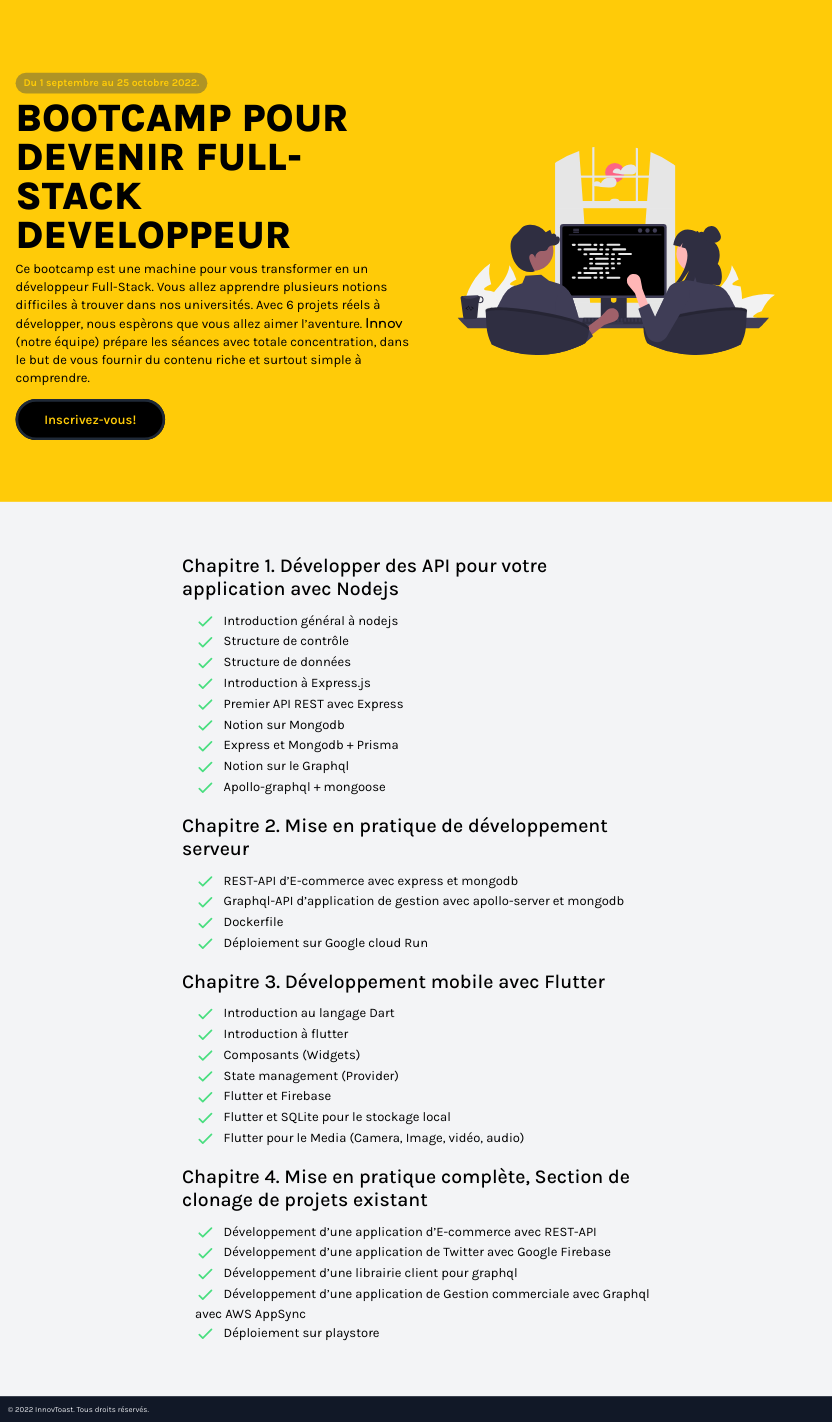
Repository: alfredlwanzo/course
Page: /
The author's editor kept a copy of each file at every save. The page is drawn from the files as they stood at one save, then again after the next save.
The browser window is 1280 px wide. The pictures show the whole page, at 65% of full size.
The project was rebuilt for these pictures with package versions that can differ from the ones it lists, and the page was loaded fresh each time. The framework's server and built-in components were replaced by stand-ins that run in the browser. Also part of the build but not shown: next.config.js.

Above is the page before, as saved 2022-08-08 18:38:36.

### pages/_app.tsx
import '../src/styles/globals.css'
import type { AppProps } from 'next/app'

function MyApp({ Component, pageProps }: AppProps) {
  return <Component {...pageProps} />
}

export default MyApp

### pages/_document.tsx
import NextDocument, { Html, Head, Main, NextScript } from "next/document";

type Props = {};

class MyDocument extends NextDocument<Props> {
  render() {
    return (
      <Html>
        <Head>
          <link rel="manifest" href="/manifest.json" />
          <link rel="apple-touch-icon" href="/icon.png"></link>
          <meta name="theme-color" content="#FFCB08" />
          <link rel="icon" href="/favicon.ico" />
        </Head>
        <body>
          <Main />
          <NextScript />
        </body>
      </Html>
    );
  }
}

export default MyDocument;

### pages/index.tsx
import Footer from '@src/components/Footers/Footer'
import ContentSection from '@src/components/sections/Content'
import HomeSection from '@src/components/sections/Home'
import type { NextPage } from 'next'
import Head from 'next/head'
import Image from 'next/image'


const Home: NextPage = () => {
  return (
    <div className="">
      <Head>
        <title>Innov | Bootcamp pour devenir fullStack developpeur</title>
        <meta name="description" content="Generated by create next app" />
        <link rel="icon" href="/favicon.ico" />
      </Head>

      <main className="">
       <section className="bg-primary pt-28 pb-14 md:pb-28">
        {/* section Home */}
        <HomeSection/>
       </section>

       {/* section content */}
       <section className="py-6 md:py-20">
        <ContentSection/>
       </section>
      </main>

      <Footer/>
    </div>
  )
}

export default Home

### src/styles/globals.css

/* Fonts: Comfortaa & Karla */
@import url('https://fonts.googleapis.com/css2?family=Comfortaa:wght@300;400;500;600;700&display=swap');
@import url('https://fonts.googleapis.com/css2?family=Karla:ital,wght@0,200;0,300;0,400;0,500;0,600;0,700;0,800;1,200;1,300;1,400;1,500;1,600;1,700;1,800&display=swap');

/* tailwind */
@tailwind base;
@tailwind components;
@tailwind utilities;


html,
body {
  padding: 0;
  margin: 0;
  @apply bg-gray-100;
  font-family: 'Karla', sans-serif;
}

a {
  color: inherit;
  text-decoration: none;
}

* {
  box-sizing: border-box;
}

### src/components/Footers/Footer.tsx
import React from 'react'
import Copyright from './Copyright'


const Footer = () => {
  return (
    <div className='bg-gray-900'>
        <Copyright/>
    </div>
  )
}

export default Footer

### src/components/sections/Content.tsx
import React from "react";
import { CheckIcon } from "@heroicons/react/outline";

const ContentSection = () => {
  return (
    <article className="max-w-3xl mx-auto px-3 sm:px-6">
      {/* Chapter 1 */}
      <div>
        <h2 className="text-3xl font-medium">
          Chapitre 1. Développer des API pour votre application avec Nodejs
        </h2>
        <ul className="list-inside pl-5 mt-4">
          <li className="text-xl ">
            <CheckIcon className="inline-block h-8 w-8 mr-3 text-green-400" />
            Introduction général à nodejs
          </li>
          <li className="text-xl ">
            <CheckIcon className="inline-block h-8 w-8 mr-3 text-green-400" />
            Structure de contrôle
          </li>
          <li className="text-xl ">
            <CheckIcon className="inline-block h-8 w-8 mr-3 text-green-400" />
            Structure de données
          </li>
          <li className="text-xl ">
            <CheckIcon className="inline-block h-8 w-8 mr-3 text-green-400" />
            Introduction à Express.js
          </li>
          <li className="text-xl ">
            <CheckIcon className="inline-block h-8 w-8 mr-3 text-green-400" />
            Premier API REST avec Express
          </li>
          <li className="text-xl ">
            <CheckIcon className="inline-block h-8 w-8 mr-3 text-green-400" />
            Notion sur Mongodb
          </li>
          <li className="text-xl ">
            <CheckIcon className="inline-block h-8 w-8 mr-3 text-green-400" />
            Express et Mongodb + Prisma
          </li>
          <li className="text-xl ">
            <CheckIcon className="inline-block h-8 w-8 mr-3 text-green-400" />
            Notion sur le Graphql
          </li>
          <li className="text-xl ">
            <CheckIcon className="inline-block h-8 w-8 mr-3 text-green-400" />
            Apollo-graphql + mongoose
          </li>
        </ul>
      </div>
      {/* Chapitre 2 */}
      <div className="mt-6">
        <h2 className="text-3xl font-medium">
          Chapitre 2. Mise en pratique de développement serveur
        </h2>
        <ul className="list-inside pl-5 mt-4 ">
          <li className="text-xl ">
            <CheckIcon className="inline-block h-8 w-8 mr-3 text-green-400" />
            REST-API d’E-commerce avec express et mongodb
          </li>
          <li className="text-xl ">
            <CheckIcon className="inline-block h-8 w-8 mr-3 text-green-400" />
            Graphql-API d’application de gestion avec apollo-server et mongodb
          </li>
          <li className="text-xl ">
            <CheckIcon className="inline-block h-8 w-8 mr-3 text-green-400" />
            Dockerfile
          </li>
          <li className="text-xl ">
            <CheckIcon className="inline-block h-8 w-8 mr-3 text-green-400" />
            Déploiement sur Google cloud Run
          </li>
        </ul>
      </div>
      {/* Chapitre 3 */}
      <div className="mt-6">
        <h2 className="text-3xl font-medium">
          Chapitre 3. Développement mobile avec Flutter
        </h2>
        <ul className="list-inside pl-5 mt-4 ">
          <li className="text-xl ">
            <CheckIcon className="inline-block h-8 w-8 mr-3 text-green-400" />
            Introduction au langage Dart
          </li>
          <li className="text-xl ">
            <CheckIcon className="inline-block h-8 w-8 mr-3 text-green-400" />
            Introduction à flutter
          </li>
          <li className="text-xl ">
            <CheckIcon className="inline-block h-8 w-8 mr-3 text-green-400" />
            Composants (Widgets)
          </li>
          <li className="text-xl ">
            <CheckIcon className="inline-block h-8 w-8 mr-3 text-green-400" />
            State management (Provider)
          </li>
          <li className="text-xl ">
            <CheckIcon className="inline-block h-8 w-8 mr-3 text-green-400" />
            Flutter et Firebase
          </li>
          <li className="text-xl ">
            <CheckIcon className="inline-block h-8 w-8 mr-3 text-green-400" />
            Flutter et SQLite pour le stockage local
          </li>
          <li className="text-xl ">
            <CheckIcon className="inline-block h-8 w-8 mr-3 text-green-400" />
            Flutter pour le Media (Camera, Image, vidéo, audio)
          </li>
        </ul>
      </div>
       {/* Chapitre 4 */}
       <div className="mt-6">
        <h2 className="text-3xl font-medium">
          Chapitre 4. Mise en pratique complète, Section de clonage de projets existant
        </h2>
        <ul className="list-inside pl-5 mt-4 ">
          <li className="text-xl ">
            <CheckIcon className="inline-block h-8 w-8 mr-3 text-green-400" />
            Développement d’une application d’E-commerce avec REST-API
          </li>
          <li className="text-xl ">
            <CheckIcon className="inline-block h-8 w-8 mr-3 text-green-400" />
            Développement d’une application de Twitter avec Google Firebase
          </li>
          <li className="text-xl ">
            <CheckIcon className="inline-block h-8 w-8 mr-3 text-green-400" />
            Développement d’une librairie client pour graphql
          </li>
          <li className="text-xl ">
            <CheckIcon className="inline-block h-8 w-8 mr-3 text-green-400" />
            Développement d’une application de Gestion commerciale avec Graphql avec AWS AppSync
          </li>
          <li className="text-xl ">
            <CheckIcon className="inline-block h-8 w-8 mr-3 text-green-400" />
            Déploiement sur playstore
          </li>
        </ul>
      </div>
    </article>
  );
};

export default ContentSection;

### src/components/sections/Home.tsx
import React from "react";
import SubscribeButton from "../buttons/SubscribeButton";
import PairProgramming from "../icons/PairProgramming";

const HomeSection = () => {
  return (
    <div className="max-w-7xl mx-auto px-3 sm:px-6">
      <div className="grid md:grid-cols-2 gap-10 lg:gap-0">
        <div>
          <div className="bg-gray-700 bg-opacity-40 w-max py-1 px-3 rounded-full">
            <h6 className="font-bold text-primary">
              Du 1 septembre au 25 octobre 2022.
            </h6>
          </div>
          <h1 className="text-5xl md:text-6xl font-extrabold uppercase mt-2">
            Bootcamp pour devenir full-stack developpeur
          </h1>
          <p className="text-xl mt-2">
            Ce bootcamp est une machine pour vous transformer en un développeur
            Full-Stack. Vous allez apprendre plusieurs notions difficiles à
            trouver dans nos universités. Avec 6 projets réels à développer,
            nous espèrons que vous allez aimer l’aventure.{" "}
            <span className="font-comfortaa font-bold">Innov</span> (notre
            équipe) prépare les séances avec totale concentration, dans le but
            de vous fournir du contenu riche et surtout simple à comprendre.
          </p>
          <div className="hidden md:block mt-9">
            <SubscribeButton />
          </div>
        </div>
        <div className="flex flex-col items-center justify-center">
          <PairProgramming className="w-auto h-52 md:h-80 -bottom-10" />
          <div className="block md:hidden mt-12">
            <SubscribeButton />
          </div>
        </div>
      </div>
    </div>
  );
};

export default HomeSection;

### src/components/Footers/Copyright.tsx
import React from 'react'

const Copyright = () => {
  return (
    <div className='max-w-7xl mx-auto px-3 sm:px-6" py-3 text-gray-200 '>
        <p className='text-xs'>© 2022 InnovToast. Tous droits réservés.</p>
    </div>
  )
}

export default Copyright

### src/components/buttons/SubscribeButton.tsx
import React from "react";

const SubscribeButton = () => {
  return (
    <a
      href="https://wa.me/+243978154329"
      target="_blank"
      rel="noreferrer"
      className="bg-black text-primary py-4 px-10 text-xl font-semibold rounded-full border-4 border-gray-800 hover:bg-opacity-95 hover:border-gray-900"
    >
      Inscrivez-vous!
    </a>
  );
};

export default SubscribeButton;

Loaded but not shown: tailwind.config.js (18 lines, source omitted); src/components/icons/PairProgramming.tsx (865 lines, source omitted)

After the next save:
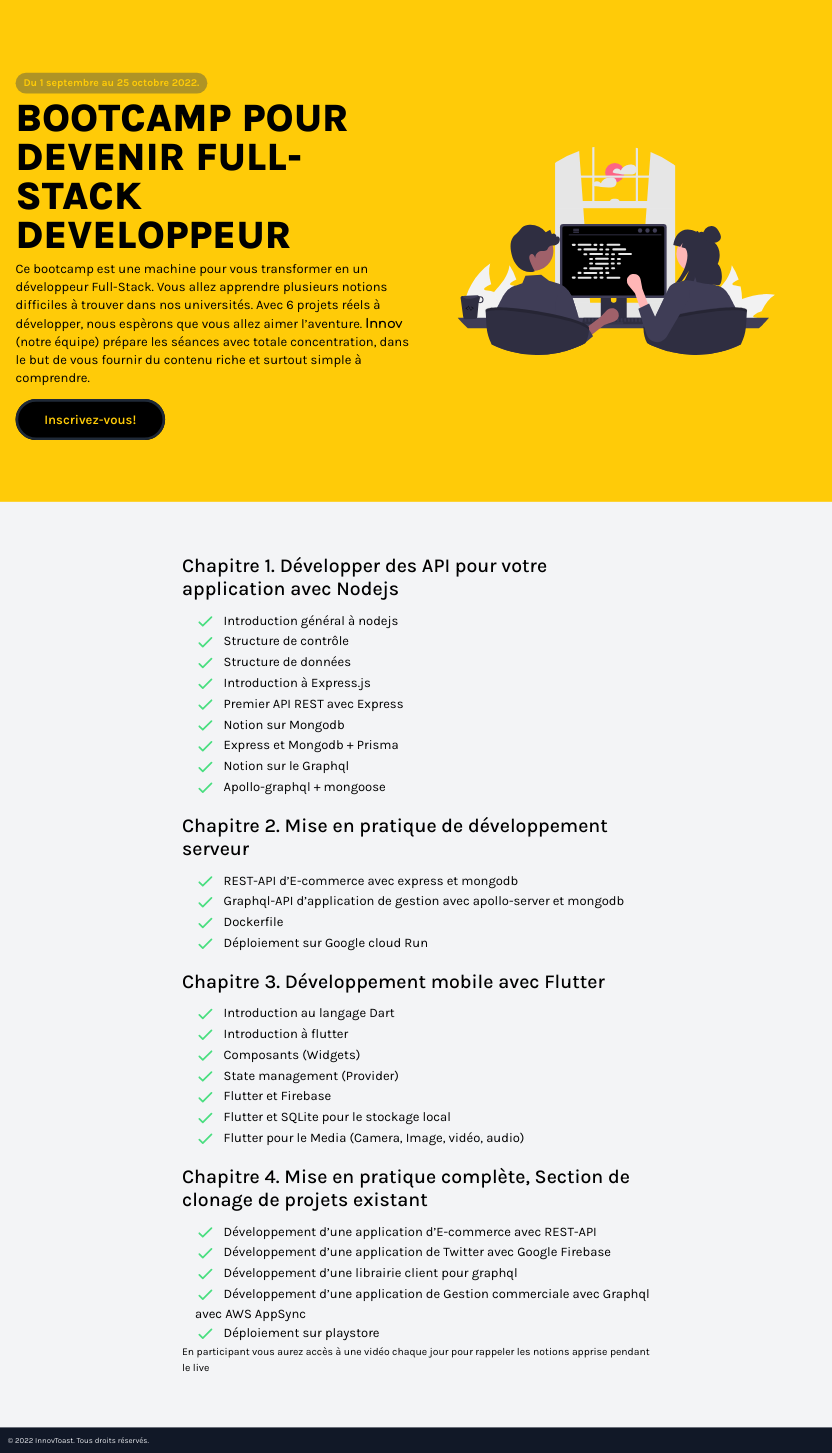
Saved 17 h 22 min later.
--- a/src/components/sections/Content.tsx
+++ b/src/components/sections/Content.tsx
@@ -136,6 +136,9 @@
           </li>
         </ul>
       </div>
+      <blockquote>
+        En participant vous aurez accès à une vidéo chaque jour pour rappeler les notions apprise pendant le live
+      </blockquote>
     </article>
   );
 };
